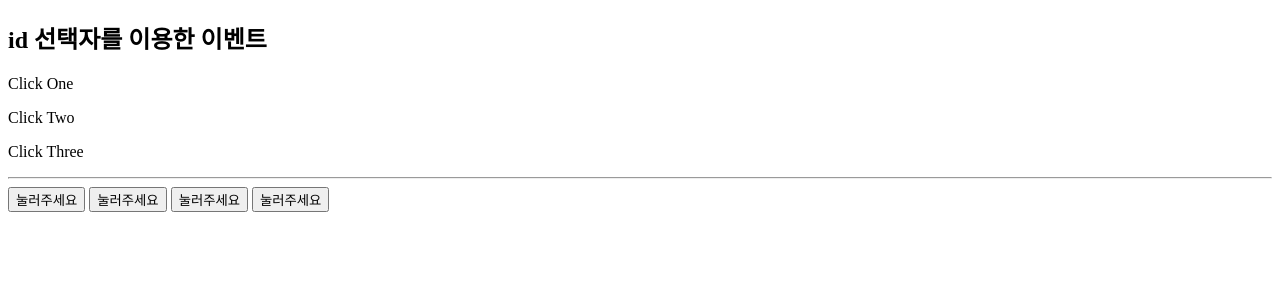
Repository: wjsjsn/23_webstudy
Page: 03_javascript/src/main/webapp/day02/Ex14_event.html
The author's editor kept a copy of each file at every save. The page is drawn from the files as they stood at one save, then again after the next save.
The browser window is 1280 px wide. The pictures show the whole page.
After loading, the first visible `button` was clicked once.

Above is the page before, as saved 2023-06-28 05:56:18.
Console error: TypeError: document.getElementById(...).innerHTML is not a function

After the next save:
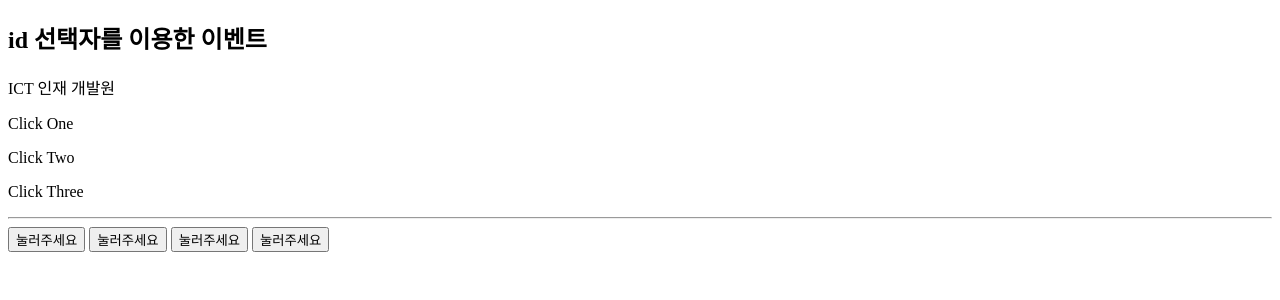
The error is gone.
Saved 41 s later.
--- a/03_javascript/src/main/webapp/day02/Ex14_event.html
+++ b/03_javascript/src/main/webapp/day02/Ex14_event.html
@@ -6,7 +6,7 @@
 <script type="text/javascript">
 	function test1() {
 		// 특정 위치에 글자 삽입(태그 포함)
-		document.getElementById("demo1").innerHTML() = "ICT 인재 개발원";
+		document.getElementById("demo1").innerHTML = "ICT 인재 개발원";
 	}
 
 	function test2() {
